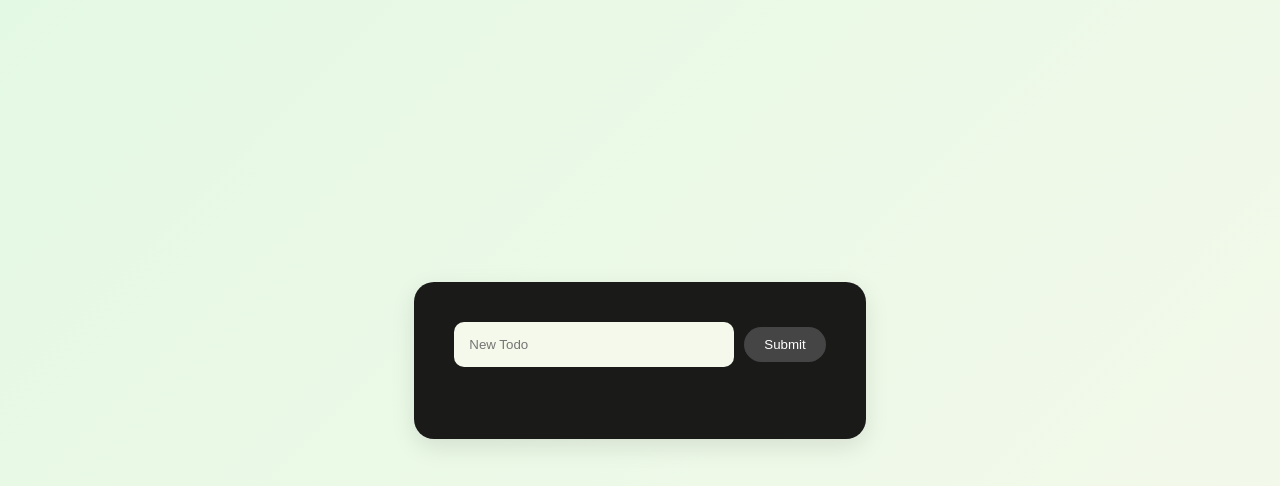
Repository: Subhadeep2609/Todo_React
Page: /
These files come from the project's save history. The page is drawn as it stood at one moment and after the next save; the edit follows.
The browser window is 1280 px wide. The pictures show the whole page.
The project was rebuilt for these pictures with package versions that can differ from the ones it lists, and the page was loaded fresh each time. Also part of the build but not shown: vite.config.js.

Above is the page before, as saved 2025-09-04 13:45:46.

After the next save:
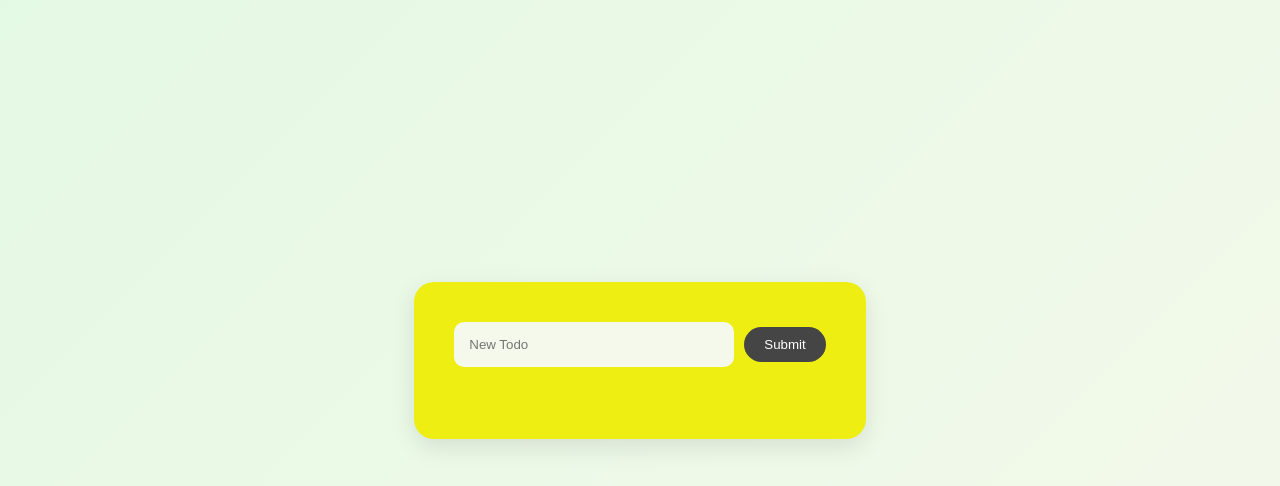
Saved 11 s later.
--- a/src/index.css
+++ b/src/index.css
@@ -16,7 +16,7 @@ body {
 
 /* Container */
 .container {
-  background: #1a1a19;
+  background: #eeee12;
   padding: 40px;
   border-radius: 20px;
   box-shadow: 0 8px 25px rgba(0, 0, 0, 0.1);
